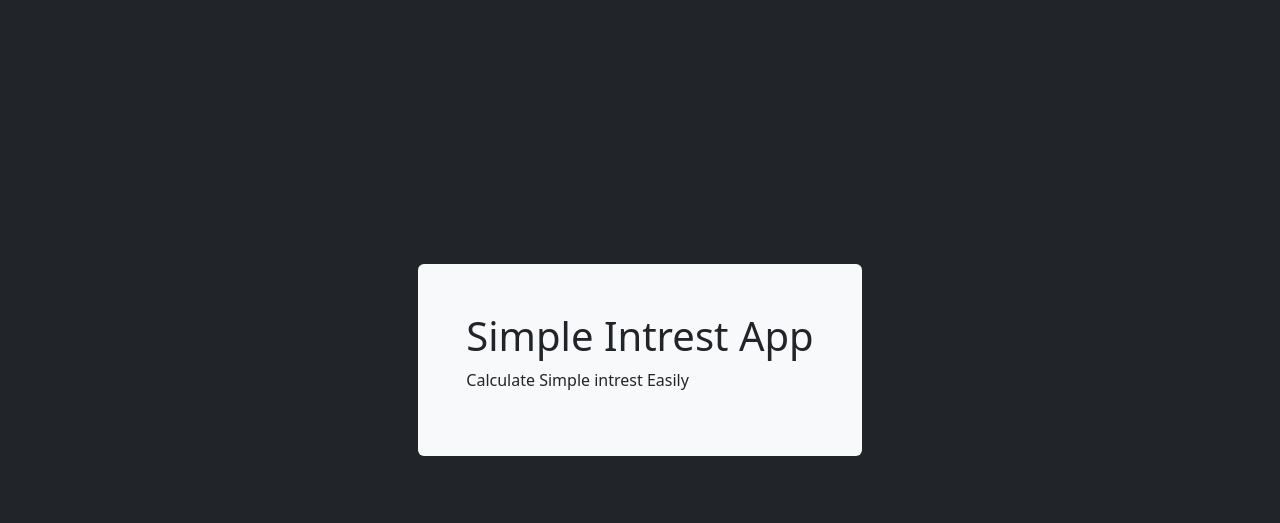
Repository: Afraz13/simple-intrest
Page: /
An editor plug-in stored every save of this project. The page is shown before and after the next save, followed by the edit.
The browser window is 1280 px wide. The pictures show the whole page.
The project was rebuilt for these pictures with package versions that can differ from the ones it lists, and the page was loaded fresh each time. Also part of the build but not shown: src/index.css, src/App.css.

Above is the page before, as saved 2024-07-15 20:25:38.

### public/index.html
<!DOCTYPE html>
<html lang="en">
  <head>
    <meta charset="utf-8" />

    <meta name="viewport" content="width=device-width, initial-scale=1" />
    <link href="https://cdn.jsdelivr.net/npm/bootstrap@5.3.3/dist/css/bootstrap.min.css" rel="stylesheet" integrity="sha384-QWTKZyjpPEjISv5WaRU9OFeRpok6YctnYmDr5pNlyT2bRjXh0JMhjY6hW+ALEwIH" crossorigin="anonymous">

    <title>Simple Intrest</title>
  </head>
  <body>

    <div id="root"></div>

  </body>
</html>

### src/App.js

import './App.css';

function App() {
  return (
    <div style={{height:'100vh'}} className='d-flex justify-content-center align-items-center w-100 bg-dark'>
    <div className='bg-light p-5 rounded'>
    <h1>Simple Intrest App</h1>
    <p>Calculate Simple intrest Easily</p>
    <div>
      <h1></h1>
    </div>
    </div>
    </div>
  );
}

export default App;

Loaded but not shown: src/index.js (common file)

After the next save:
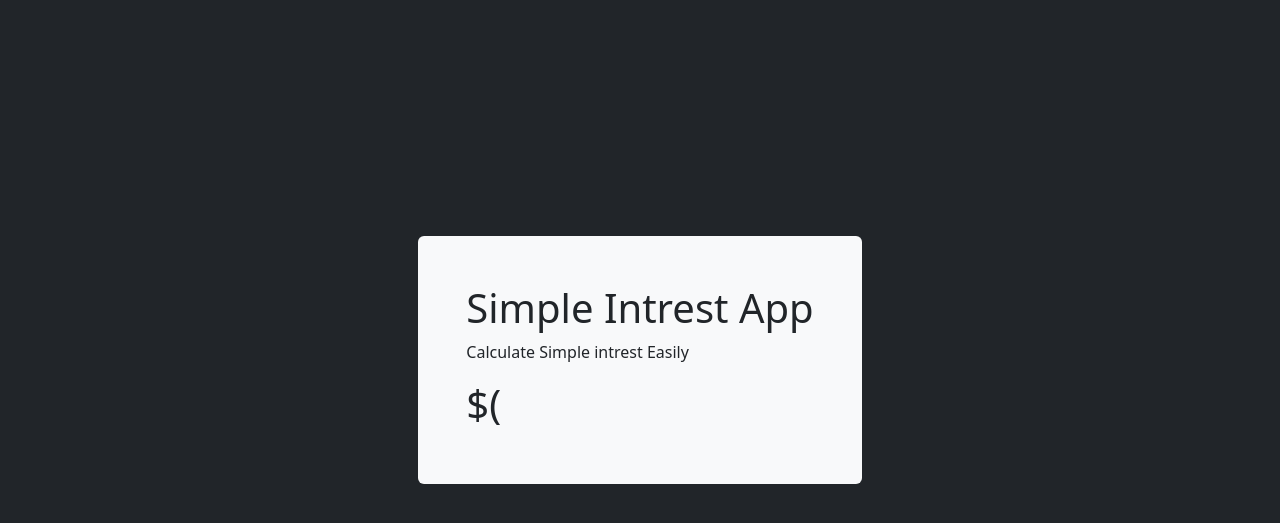
Saved 69 s later.
--- a/src/App.js
+++ b/src/App.js
@@ -8,7 +8,7 @@ function App() {
     <h1>Simple Intrest App</h1>
     <p>Calculate Simple intrest Easily</p>
     <div>
-      <h1></h1>
+      <h1>$(</h1>
     </div>
     </div>
     </div>
